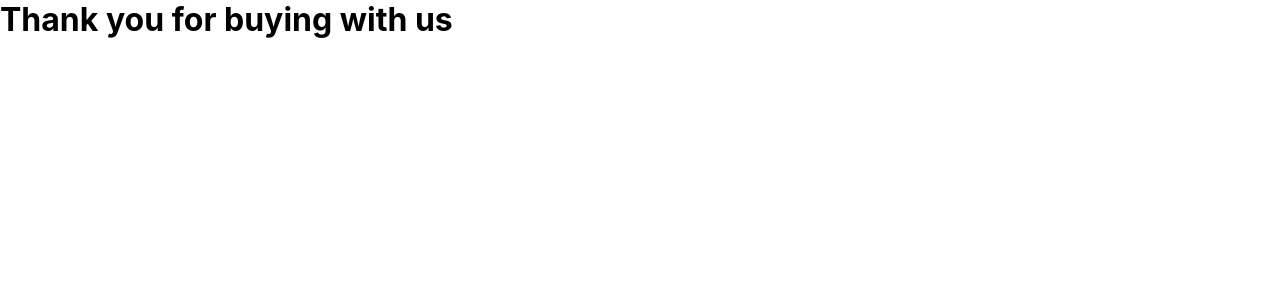
Repository: Yowani24/ecocarbon
Page: /successPage
An editor plug-in stored every save of this project. The page is shown before and after the next save, followed by the edit.
The browser window is 1280 px wide. The pictures show the whole page.
The project was rebuilt for these pictures with package versions that can differ from the ones it lists, and the page was loaded fresh each time. The framework's server and built-in components were replaced by stand-ins that run in the browser. Also part of the build but not shown: next.config.js.

Above is the page before, as saved 2021-09-29 20:36:36.

After the next save:
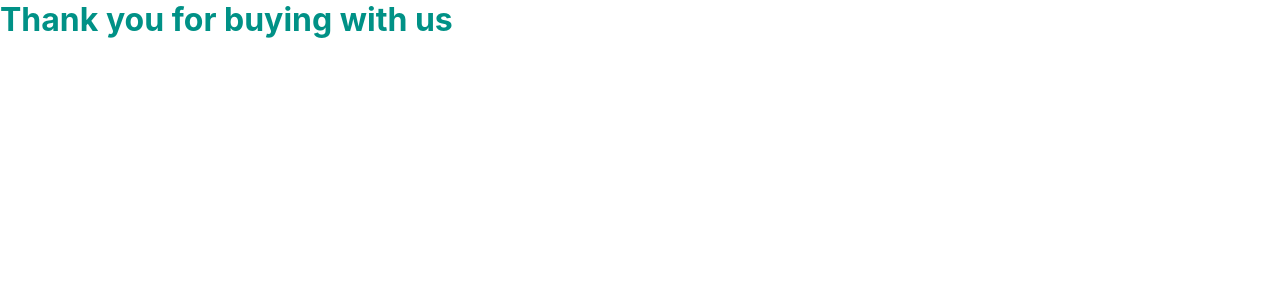
Saved 34 s later.
--- a/styles/globals.css
+++ b/styles/globals.css
@@ -15,3 +15,7 @@ a {
   margin: 0;
   box-sizing: border-box;
 }
+
+.thank_you_message{
+  color: #009186;
+}
